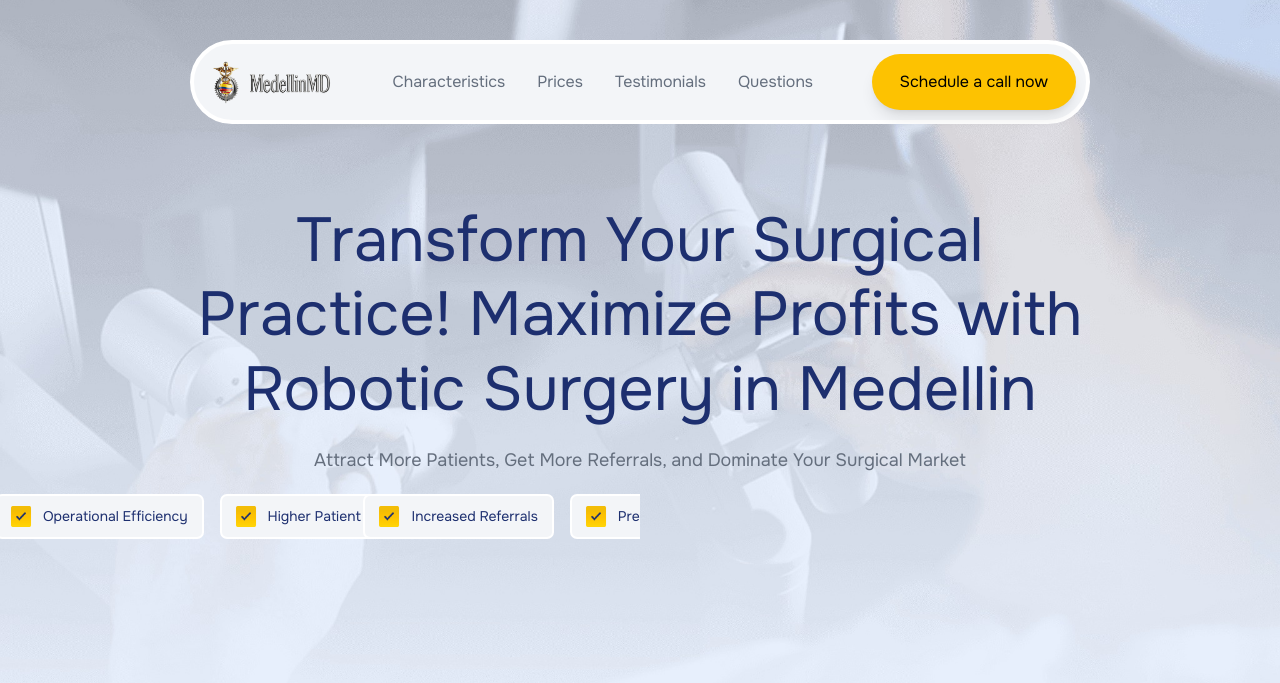
Repository: emmanueltech2019/cmd
Page: /home
These files come from the project's save history. The page is drawn as it stood at one moment and after a run of saves; the edit follows.
The browser window is 1280 px wide. The pictures show the whole page.
The project was rebuilt for these pictures with package versions that can differ from the ones it lists, and the page was loaded fresh each time. The framework's server and built-in components were replaced by stand-ins that run in the browser. Also part of the build but not shown: next.config.mjs.

Above is the page before, as saved 2025-05-15 16:51:02.

After the next 2 saves:
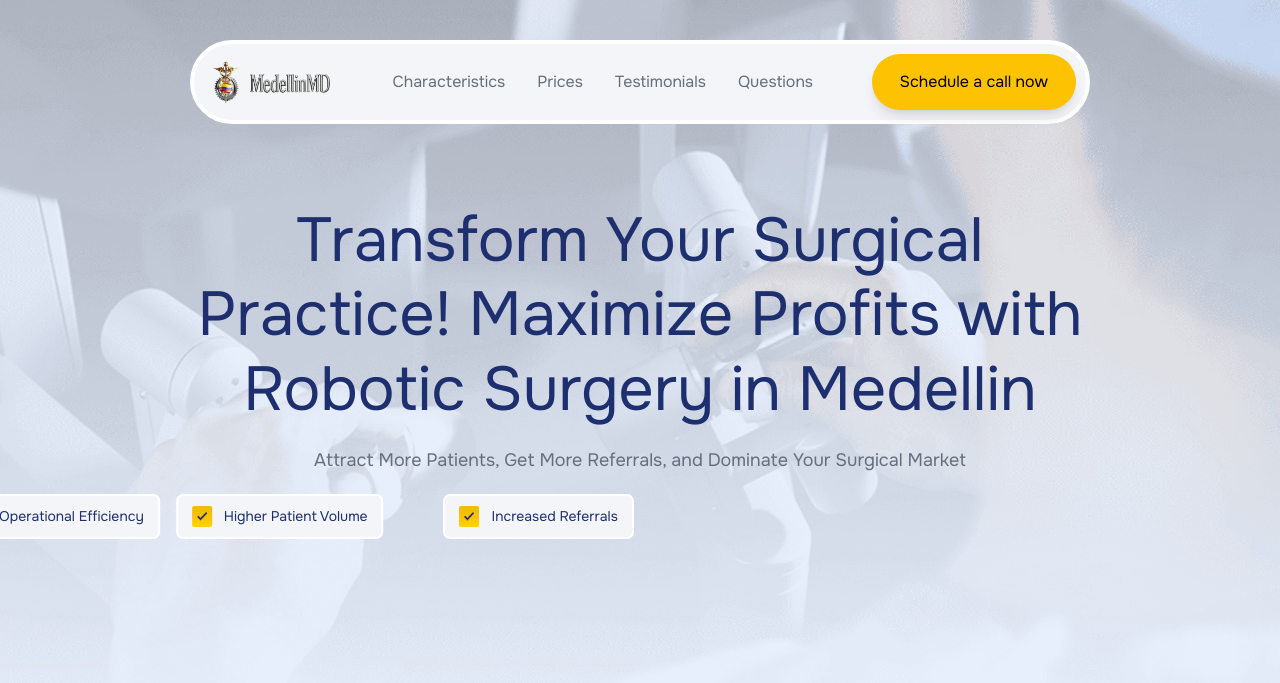
The 2 saves are shown as one change because they came seconds apart.
The last was saved 71 s later.
--- a/src/app/home/page.jsx
+++ b/src/app/home/page.jsx
@@ -50,7 +50,7 @@ const page = () => {
                 <p className='text-websubhero-font text-web-navgray text-center py-5'>Attract More Patients, Get More Referrals, and Dominate Your Surgical Market</p>
             </div>
             <div className="flex whitespace-nowrap overflow-hidden w-[50%]">
-                <div className="flex animate-slide">
+                <div className="flex animate-slide flex-shrink-0">
                     {slideViewData.map((item) => (
                         <SlideView key={`a-${item.id}`}>
                             <div className="flex gap-3">
